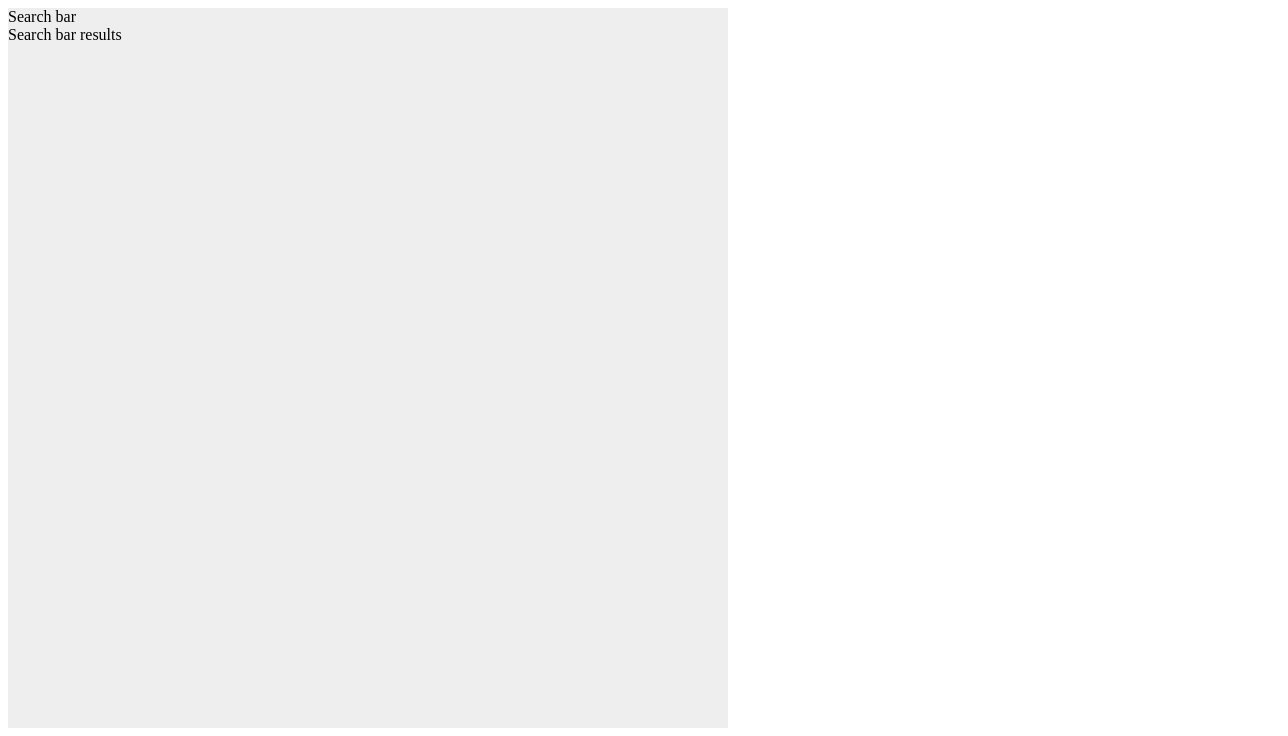
Repository: thai-shriya/react-search-bar
Page: /
An editor plug-in stored every save of this project. The page is shown before and after the next save, followed by the edit.
The browser window is 1280 px wide. The page is 1280 px wide, then 1288 px, then 1280 px, so the pictures cover 1288 px, including what lies to the right of the window. The pictures show the whole page.
The project was rebuilt for these pictures with package versions that can differ from the ones it lists, and the page was loaded fresh each time. Also part of the build but not shown: src/index.css.

Above is the page before, as saved 2024-06-03 13:11:04.

After the next save:
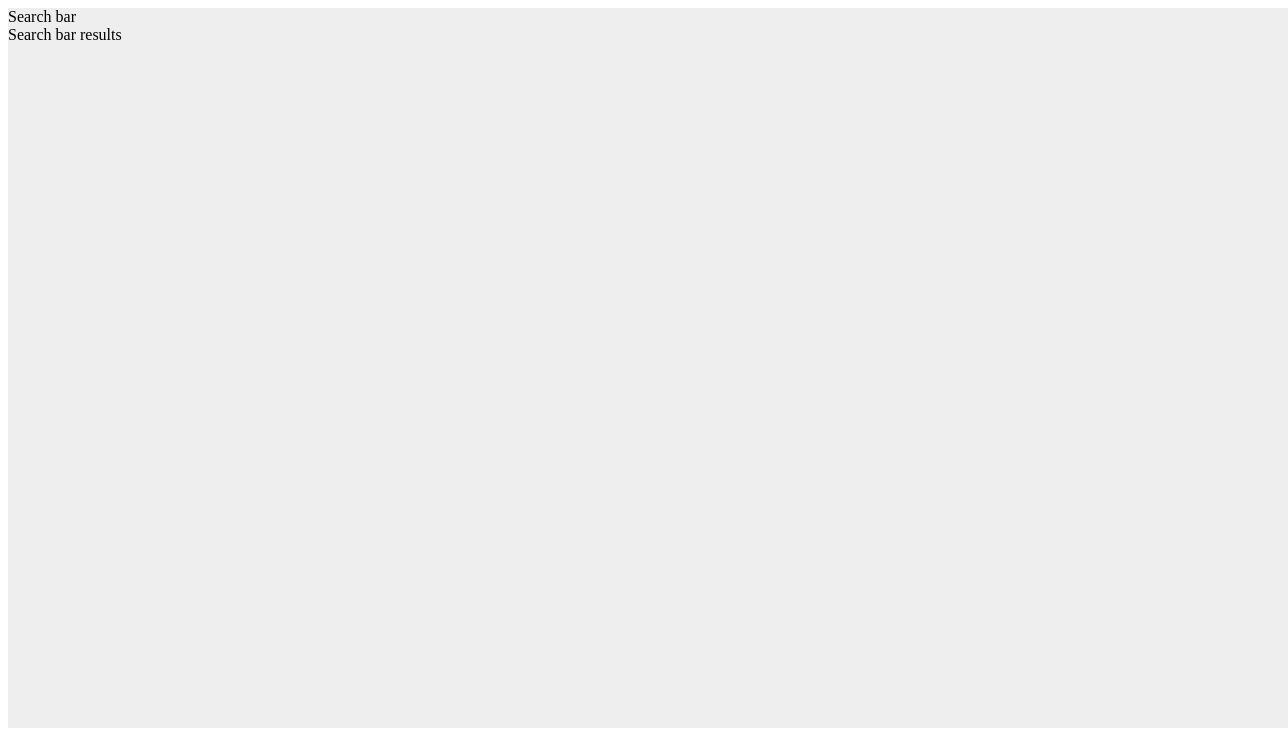
Saved 12 min 19 s later.
--- a/src/App.css
+++ b/src/App.css
@@ -1,5 +1,5 @@
 .App{
   background-color: #eee;
   height: 100vh;
-  width: 100vh;
+  width: 100vw;
 }

After the save that followed:
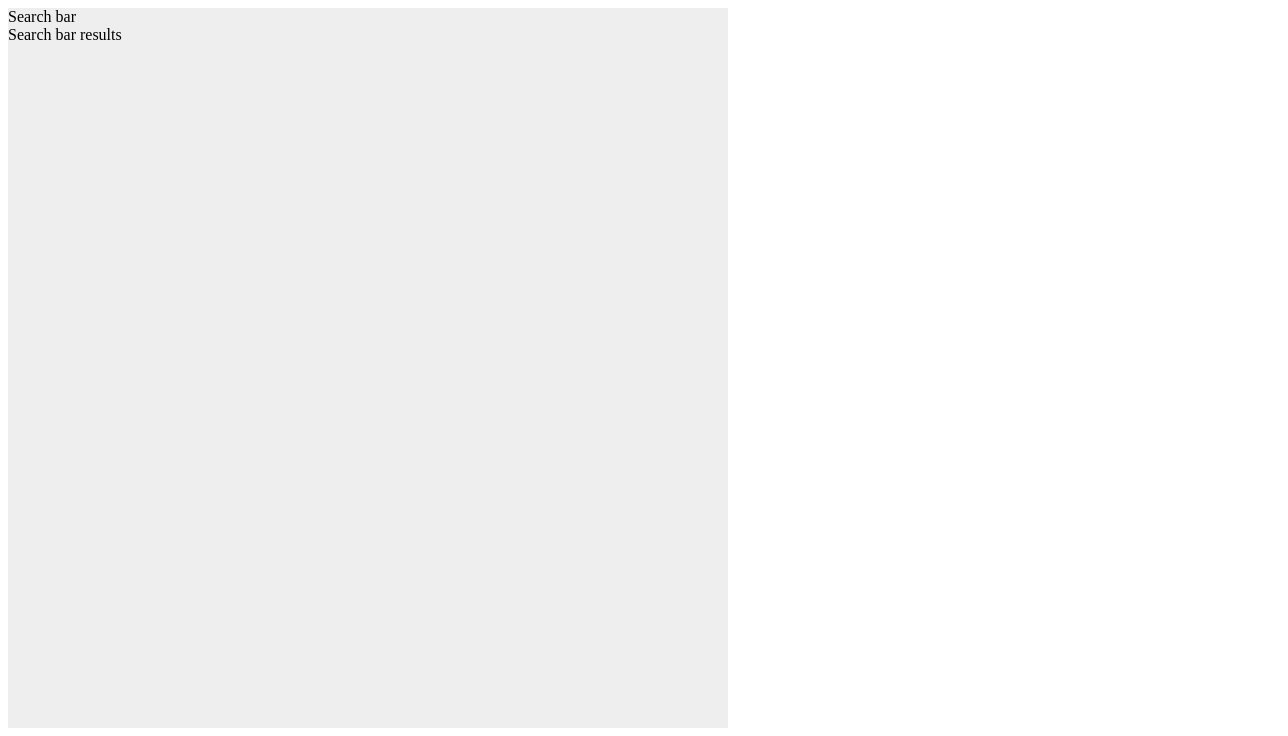
Saved 6 s later.
--- a/src/App.css
+++ b/src/App.css
@@ -1,5 +1,5 @@
 .App{
   background-color: #eee;
   height: 100vh;
-  width: 100vw;
+  width: 100vh;
 }
